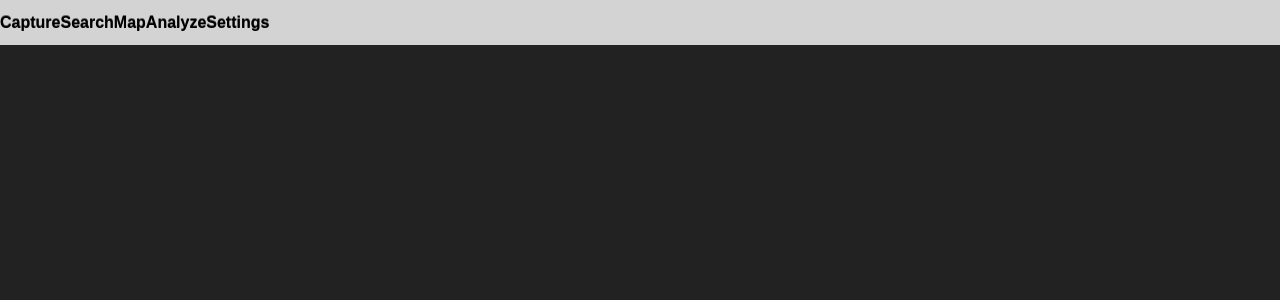
Repository: alightnin/WiFiGeolocator
Page: Final Project/WifiGeolocator/assets/www/index.html
These files come from the project's save history. The page is drawn as it stood at one moment and after the next save; the edit follows.
The browser window is 1280 px wide. The pictures show the whole page.

Above is the page before, as saved 2012-10-17 15:23:04.
Not found: Final Project/WifiGeolocator/assets/www/js/app.js

### Final Project/WifiGeolocator/assets/www/index.html
<!DOCTYPE HTML>
<html>
	<head>
		<meta name="viewport" content="width=device-width, initial-scale=1.0, user-scalable=0, minimum-scale=1.0, maximum-scale=1.0">
		<meta name="apple-mobile-web-app-capable" content="yes" />
		<link rel="stylesheet" href="css/geolocator.css">
		<script src="cordova-2.0.0.js"></script>
		<script src="js/iscroll-lite.js"></script>
		<script src="js/jquery-1.8.2.min.js"></script>
		<script src="js/app.js"></script>
		<script>
		$('#tab-bar a').on('click', function(e){
		    e.preventDefault();
		    var nextPage = $(e.target.hash);
		    $("#pages .current").removeClass("current");
		    nextPage.addClass("current");
		});
		</script>
		<title>WiFi GeoLocator</title>
	</head>
	<body>
		<header>
			<ul id="tab-bar">
    			<li><a href="#capture">Capture</a></li>
    			<li><a href="#search">Search</a></li>
    			<li><a href="#map">Map</a></li>
    			<li><a href="#analyze">Analyze</a></li>
    			<li><a href="#settings">Settings</a></li>
			</ul>
		</header>
		<div id="wrapper">
			<div id="main-content">
				<div id="pages">
    				<div id="capture" class="current">
    				</div>
    				<div id="search">
    				</div>
    				<div id="map">
    				</div>
    				<div id="analyze">
    				</div>
    				<div id="settings">
    				</div>
				</div>
			</div>
		</div>
	</body>
</html>

### Final Project/WifiGeolocator/assets/www/css/geolocator.css
html, body{
 margin: 0;
 padding: 0;
 border: 0;
}
body {
 font-family:Arial,  sans-serif;
 line-height:1.5;
 font-size:16px;
 background: #fff;
 padding:5px;
 color: #000000;
 word-wrap: break-word;
 -webkit-text-size-adjust: none;
}
h1, h2, h3, h4, h5, h6{ font-weight: normal; }
p img { float: left; margin: 0 10px 5px 0; padding: 0; }
img { border: 0; max-width: 100%; }
body{
    background: #222;
}
header{
    top:0; left:0;
    height:45px;
}
footer {
    bottom:0; left:0;
    height:48px;
    background-color:#c27b00;
    border-top:1px solid #eee;
}
header, footer{
    background-color:#d3d3d3;
    padding:0;
    position:absolute;
    z-index:2;
    font-size:16px;
    width:100%;
    text-align:center;
    color:#000000;
    font-weight:bold;
    text-shadow:0 -1px 0 rgba(0,0,0,0.5);
    line-height:45px;
}
h1{
    margin:0;
    text-transform: uppercase;
}
#wrapper {
    position:absolute;
    z-index:1;
    top:45px; bottom:48px; left:0;
    width:100%;
    overflow:auto;
}
#main-content {
    position:absolute;
    z-index:1;
    width:100%;
    padding:0;
}
#tab-bar{
    margin:0;
    padding:0;
}
#tab-bar li {
    display: inline;
    float:left;
    width: 100;
}
#tab-bar a {
    color: #000000;
    display: block;
    overflow: hidden;
    position: relative;
    text-align: center;
    text-decoration: none;
    -webkit-touch-callout:none;
}
#pages > div {
    display: none;
    position: absolute;
    top:0;left:0;
    width:100%;
}
#pages > div.current {
    display: block;
}
#pages{
    position:relative;
}
.in, .out {
    -webkit-animation-timing-function: ease-in-out;
    -webkit-animation-duration: 400ms;
}
@-webkit-keyframes fade-in {
    from { opacity: 0; } to { opacity: 1; }
}
.fade.in {
    -webkit-animation-name: fade-in;
    z-index: 5;
}
.fade.out {
    z-index: 0;
}

### Final Project/WifiGeolocator/assets/www/js/iscroll-lite.js
/*!
 * iScroll Lite base on iScroll v4.1.6 ~ Copyright (c) 2011 Matteo Spinelli, http://cubiq.org
 * Released under MIT license, http://cubiq.org/license
 */

(function(){
var m = Math,
	mround = function (r) { return r >> 0; },
	vendor = (/webkit/i).test(navigator.appVersion) ? 'webkit' :
		(/firefox/i).test(navigator.userAgent) ? 'Moz' :
		'opera' in window ? 'O' : '',

    // Browser capabilities
    isAndroid = (/android/gi).test(navigator.appVersion),
    isIDevice = (/iphone|ipad/gi).test(navigator.appVersion),
    isPlaybook = (/playbook/gi).test(navigator.appVersion),
    isTouchPad = (/hp-tablet/gi).test(navigator.appVersion),

    has3d = 'WebKitCSSMatrix' in window && 'm11' in new WebKitCSSMatrix(),
    hasTouch = 'ontouchstart' in window && !isTouchPad,
    hasTransform = vendor + 'Transform' in document.documentElement.style,
    hasTransitionEnd = isIDevice || isPlaybook,

	nextFrame = (function() {
	    return window.requestAnimationFrame
			|| window.webkitRequestAnimationFrame
			|| window.mozRequestAnimationFrame
			|| window.oRequestAnimationFrame
			|| window.msRequestAnimationFrame
			|| function(callback) { return setTimeout(callback, 17); }
	})(),
	cancelFrame = (function () {
	    return window.cancelRequestAnimationFrame
			|| window.webkitCancelAnimationFrame
			|| window.webkitCancelRequestAnimationFrame
			|| window.mozCancelRequestAnimationFrame
			|| window.oCancelRequestAnimationFrame
			|| window.msCancelRequestAnimationFrame
			|| clearTimeout
	})(),

	// Events
	RESIZE_EV = 'onorientationchange' in window ? 'orientationchange' : 'resize',
	START_EV = hasTouch ? 'touchstart' : 'mousedown',
	MOVE_EV = hasTouch ? 'touchmove' : 'mousemove',
	END_EV = hasTouch ? 'touchend' : 'mouseup',
	CANCEL_EV = hasTouch ? 'touchcancel' : 'mouseup',

	// Helpers
	trnOpen = 'translate' + (has3d ? '3d(' : '('),
	trnClose = has3d ? ',0)' : ')',

	// Constructor
	iScroll = function (el, options) {
		var that = this,
			doc = document,
			i;

		that.wrapper = typeof el == 'object' ? el : doc.getElementById(el);
		that.wrapper.style.overflow = 'hidden';
		that.scroller = that.wrapper.children[0];

		// Default options
		that.options = {
			hScroll: true,
			vScroll: true,
			x: 0,
			y: 0,
			bounce: true,
			bounceLock: false,
			momentum: true,
			lockDirection: true,
			useTransform: true,
			useTransition: false,

			// Events
			onRefresh: null,
			onBeforeScrollStart: function (e) { e.preventDefault(); },
			onScrollStart: null,
			onBeforeScrollMove: null,
			onScrollMove: null,
			onBeforeScrollEnd: null,
			onScrollEnd: null,
			onTouchEnd: null,
			onDestroy: null
		};

		// User defined options
		for (i in options) that.options[i] = options[i];

		// Set starting position
		that.x = that.options.x;
		that.y = that.options.y;

		// Normalize options
		that.options.useTransform = hasTransform ? that.options.useTransform : false;
		that.options.hScrollbar = that.options.hScroll && that.options.hScrollbar;
		that.options.vScrollbar = that.options.vScroll && that.options.vScrollbar;
		that.options.useTransition = hasTransitionEnd && that.options.useTransition;

		// Set some default styles
		that.scroller.style[vendor + 'TransitionProperty'] = that.options.useTransform ? '-' + vendor.toLowerCase() + '-transform' : 'top left';
		that.scroller.style[vendor + 'TransitionDuration'] = '0';
		that.scroller.style[vendor + 'TransformOrigin'] = '0 0';
		if (that.options.useTransition) that.scroller.style[vendor + 'TransitionTimingFunction'] = 'cubic-bezier(0.33,0.66,0.66,1)';

		if (that.options.useTransform) that.scroller.style[vendor + 'Transform'] = trnOpen + that.x + 'px,' + that.y + 'px' + trnClose;
		else that.scroller.style.cssText += ';position:absolute;top:' + that.y + 'px;left:' + that.x + 'px';

		that.refresh();

		that._bind(RESIZE_EV, window);
		that._bind(START_EV);
		if (!hasTouch) that._bind('mouseout', that.wrapper);
	};

// Prototype
iScroll.prototype = {
	enabled: true,
	x: 0,
	y: 0,
	steps: [],
	scale: 1,

	handleEvent: function (e) {
		var that = this;
		switch(e.type) {
			case START_EV:
				if (!hasTouch && e.button !== 0) return;
				that._start(e);
				break;
			case MOVE_EV: that._move(e); break;
			case END_EV:
			case CANCEL_EV: that._end(e); break;
			case RESIZE_EV: that._resize(); break;
			case 'mouseout': that._mouseout(e); break;
			case 'webkitTransitionEnd': that._transitionEnd(e); break;
		}
	},

	_resize: function () {
		this.refresh();
	},

	_pos: function (x, y) {
		x = this.hScroll ? x : 0;
		y = this.vScroll ? y : 0;

		if (this.options.useTransform) {
			this.scroller.style[vendor + 'Transform'] = trnOpen + x + 'px,' + y + 'px' + trnClose + ' scale(' + this.scale + ')';
		} else {
			x = mround(x);
			y = mround(y);
			this.scroller.style.left = x + 'px';
			this.scroller.style.top = y + 'px';
		}

		this.x = x;
		this.y = y;
	},

	_start: function (e) {
		var that = this,
			point = hasTouch ? e.touches[0] : e,
			matrix, x, y;

		if (!that.enabled) return;

		if (that.options.onBeforeScrollStart) that.options.onBeforeScrollStart.call(that, e);

		if (that.options.useTransition) that._transitionTime(0);

		that.moved = false;
		that.animating = false;
		that.zoomed = false;
		that.distX = 0;
		that.distY = 0;
		that.absDistX = 0;
		that.absDistY = 0;
		that.dirX = 0;
		that.dirY = 0;

		if (that.options.momentum) {
			if (that.options.useTransform) {
				// Very lame general purpose alternative to CSSMatrix
				matrix = getComputedStyle(that.scroller, null)[vendor + 'Transform'].replace(/[^0-9-.,]/g, '').split(',');
				x = matrix[4] * 1;
				y = matrix[5] * 1;
			} else {
				x = getComputedStyle(that.scroller, null).left.replace(/[^0-9-]/g, '') * 1;
				y = getComputedStyle(that.scroller, null).top.replace(/[^0-9-]/g, '') * 1;
			}

			if (x != that.x || y != that.y) {
				if (that.options.useTransition) that._unbind('webkitTransitionEnd');
				else cancelFrame(that.aniTime);
				that.steps = [];
				that._pos(x, y);
			}
		}

		that.startX = that.x;
		that.startY = that.y;
		that.pointX = point.pageX;
		that.pointY = point.pageY;

		that.startTime = e.timeStamp || Date.now();

		if (that.options.onScrollStart) that.options.onScrollStart.call(that, e);

		that._bind(MOVE_EV);
		that._bind(END_EV);
		that._bind(CANCEL_EV);
	},

	_move: function (e) {
		var that = this,
			point = hasTouch ? e.touches[0] : e,
			deltaX = point.pageX - that.pointX,
			deltaY = point.pageY - that.pointY,
			newX = that.x + deltaX,
			newY = that.y + deltaY,
			timestamp = e.timeStamp || Date.now();

		if (that.options.onBeforeScrollMove) that.options.onBeforeScrollMove.call(that, e);

		that.pointX = point.pageX;
		that.pointY = point.pageY;

		// Slow down if outside of the boundaries
		if (newX > 0 || newX < that.maxScrollX) {
			newX = that.options.bounce ? that.x + (deltaX / 2) : newX >= 0 || that.maxScrollX >= 0 ? 0 : that.maxScrollX;
		}
		if (newY > 0 || newY < that.maxScrollY) {
			newY = that.options.bounce ? that.y + (deltaY / 2) : newY >= 0 || that.maxScrollY >= 0 ? 0 : that.maxScrollY;
		}

		that.distX += deltaX;
		that.distY += deltaY;
		that.absDistX = m.abs(that.distX);
		that.absDistY = m.abs(that.distY);

		if (that.absDistX < 6 && that.absDistY < 6) {
			return;
		}

		// Lock direction
		if (that.options.lockDirection) {
			if (that.absDistX > that.absDistY + 5) {
				newY = that.y;
				deltaY = 0;
			} else if (that.absDistY > that.absDistX + 5) {
				newX = that.x;
				deltaX = 0;
			}
		}

		that.moved = true;
		that._pos(newX, newY);
		that.dirX = deltaX > 0 ? -1 : deltaX < 0 ? 1 : 0;
		that.dirY = deltaY > 0 ? -1 : deltaY < 0 ? 1 : 0;

		if (timestamp - that.startTime > 300) {
			that.startTime = timestamp;
			that.startX = that.x;
			that.startY = that.y;
		}

		if (that.options.onScrollMove) that.options.onScrollMove.call(that, e);
	},

	_end: function (e) {
		if (hasTouch && e.touches.length != 0) return;

		var that = this,
			point = hasTouch ? e.changedTouches[0] : e,
			target, ev,
			momentumX = { dist:0, time:0 },
			momentumY = { dist:0, time:0 },
			duration = (e.timeStamp || Date.now()) - that.startTime,
			newPosX = that.x,
			newPosY = that.y,
			newDuration;

		that._unbind(MOVE_EV);
		that._unbind(END_EV);
		that._unbind(CANCEL_EV);

		if (that.options.onBeforeScrollEnd) that.options.onBeforeScrollEnd.call(that, e);

		if (!that.moved) {
			if (hasTouch) {
				// Find the last touched element
				target = point.target;
				while (target.nodeType != 1) target = target.parentNode;

				if (target.tagName != 'SELECT' && target.tagName != 'INPUT' && target.tagName != 'TEXTAREA') {
					ev = document.createEvent('MouseEvents');
					ev.initMouseEvent('click', true, true, e.view, 1,
						point.screenX, point.screenY, point.clientX, point.clientY,
						e.ctrlKey, e.altKey, e.shiftKey, e.metaKey,
						0, null);
					ev._fake = true;
					target.dispatchEvent(ev);
				}
			}

			that._resetPos(200);

			if (that.options.onTouchEnd) that.options.onTouchEnd.call(that, e);
			return;
		}

		if (duration < 300 && that.options.momentum) {
			momentumX = newPosX ? that._momentum(newPosX - that.startX, duration, -that.x, that.scrollerW - that.wrapperW + that.x, that.options.bounce ? that.wrapperW : 0) : momentumX;
			momentumY = newPosY ? that._momentum(newPosY - that.startY, duration, -that.y, (that.maxScrollY < 0 ? that.scrollerH - that.wrapperH + that.y : 0), that.options.bounce ? that.wrapperH : 0) : momentumY;

			newPosX = that.x + momentumX.dist;
			newPosY = that.y + momentumY.dist;

 			if ((that.x > 0 && newPosX > 0) || (that.x < that.maxScrollX && newPosX < that.maxScrollX)) momentumX = { dist:0, time:0 };
 			if ((that.y > 0 && newPosY > 0) || (that.y < that.maxScrollY && newPosY < that.maxScrollY)) momentumY = { dist:0, time:0 };
		}

		if (momentumX.dist || momentumY.dist) {
			newDuration = m.max(m.max(momentumX.time, momentumY.time), 10);

			that.scrollTo(mround(newPosX), mround(newPosY), newDuration);

			if (that.options.onTouchEnd) that.options.onTouchEnd.call(that, e);
			return;
		}

		that._resetPos(200);
		if (that.options.onTouchEnd) that.options.onTouchEnd.call(that, e);
	},

	_resetPos: function (time) {
		var that = this,
			resetX = that.x >= 0 ? 0 : that.x < that.maxScrollX ? that.maxScrollX : that.x,
			resetY = that.y >= 0 || that.maxScrollY > 0 ? 0 : that.y < that.maxScrollY ? that.maxScrollY : that.y;

		if (resetX == that.x && resetY == that.y) {
			if (that.moved) {
				if (that.options.onScrollEnd) that.options.onScrollEnd.call(that);		// Execute custom code on scroll end
				that.moved = false;
			}

			return;
		}

		that.scrollTo(resetX, resetY, time || 0);
	},

	_mouseout: function (e) {
		var t = e.relatedTarget;

		if (!t) {
			this._end(e);
			return;
		}

		while (t = t.parentNode) if (t == this.wrapper) return;

		this._end(e);
	},

	_transitionEnd: function (e) {
		var that = this;

		if (e.target != that.scroller) return;

		that._unbind('webkitTransitionEnd');

		that._startAni();
	},

	/**
	 *
	 * Utilities
	 *
	 */
	_startAni: function () {
		var that = this,
			startX = that.x, startY = that.y,
			startTime = Date.now(),
			step, easeOut,
			animate;

		if (that.animating) return;

		if (!that.steps.length) {
			that._resetPos(400);
			return;
		}

		step = that.steps.shift();

		if (step.x == startX && step.y == startY) step.time = 0;

		that.animating = true;
		that.moved = true;

		if (that.options.useTransition) {
			that._transitionTime(step.time);
			that._pos(step.x, step.y);
			that.animating = false;
			if (step.time) that._bind('webkitTransitionEnd');
			else that._resetPos(0);
			return;
		}

		animate = function () {
			var now = Date.now(),
				newX, newY;

			if (now >= startTime + step.time) {
				that._pos(step.x, step.y);
				that.animating = false;
				if (that.options.onAnimationEnd) that.options.onAnimationEnd.call(that);			// Execute custom code on animation end
				that._startAni();
				return;
			}

			now = (now - startTime) / step.time - 1;
			easeOut = m.sqrt(1 - now * now);
			newX = (step.x - startX) * easeOut + startX;
			newY = (step.y - startY) * easeOut + startY;
			that._pos(newX, newY);
			if (that.animating) that.aniTime = nextFrame(animate);
		};

		animate();
	},

	_transitionTime: function (time) {
		this.scroller.style[vendor + 'TransitionDuration'] = time + 'ms';
	},

	_momentum: function (dist, time, maxDistUpper, maxDistLower, size) {
		var deceleration = 0.0006,
			speed = m.abs(dist) / time,
			newDist = (speed * speed) / (2 * deceleration),
			newTime = 0, outsideDist = 0;

		// Proportinally reduce speed if we are outside of the boundaries
		if (dist > 0 && newDist > maxDistUpper) {
			outsideDist = size / (6 / (newDist / speed * deceleration));
			maxDistUpper = maxDistUpper + outsideDist;
			speed = speed * maxDistUpper / newDist;
			newDist = maxDistUpper;
		} else if (dist < 0 && newDist > maxDistLower) {
			outsideDist = size / (6 / (newDist / speed * deceleration));
			maxDistLower = maxDistLower + outsideDist;
			speed = speed * maxDistLower / newDist;
			newDist = maxDistLower;
		}

		newDist = newDist * (dist < 0 ? -1 : 1);
		newTime = speed / deceleration;

		return { dist: newDist, time: mround(newTime) };
	},

	_offset: function (el) {
		var left = -el.offsetLeft,
			top = -el.offsetTop;

		while (el = el.offsetParent) {
			left -= el.offsetLeft;
			top -= el.offsetTop;
		}

		return { left: left, top: top };
	},

	_bind: function (type, el, bubble) {
		(el || this.scroller).addEventListener(type, this, !!bubble);
	},

	_unbind: function (type, el, bubble) {
		(el || this.scroller).removeEventListener(type, this, !!bubble);
	},


	/**
	 *
	 * Public methods
	 *
	 */
	destroy: function () {
		var that = this;

		that.scroller.style[vendor + 'Transform'] = '';

		// Remove the event listeners
		that._unbind(RESIZE_EV, window);
		that._unbind(START_EV);
		that._unbind(MOVE_EV);
		that._unbind(END_EV);
		that._unbind(CANCEL_EV);
		that._unbind('mouseout', that.wrapper);
		if (that.options.useTransition) that._unbind('webkitTransitionEnd');

		if (that.options.onDestroy) that.options.onDestroy.call(that);
	},

	refresh: function () {
		var that = this,
			offset;

		that.wrapperW = that.wrapper.clientWidth;
		that.wrapperH = that.wrapper.clientHeight;

		that.scrollerW = that.scroller.offsetWidth;
		that.scrollerH = that.scroller.offsetHeight;
		that.maxScrollX = that.wrapperW - that.scrollerW;
		that.maxScrollY = that.wrapperH - that.scrollerH;
		that.dirX = 0;
		that.dirY = 0;

		that.hScroll = that.options.hScroll && that.maxScrollX < 0;
		that.vScroll = that.options.vScroll && (!that.options.bounceLock && !that.hScroll || that.scrollerH > that.wrapperH);

		offset = that._offset(that.wrapper);
		that.wrapperOffsetLeft = -offset.left;
		that.wrapperOffsetTop = -offset.top;


		that.scroller.style[vendor + 'TransitionDuration'] = '0';

		that._resetPos(200);
	},

	scrollTo: function (x, y, time, relative) {
		var that = this,
			step = x,
			i, l;

		that.stop();

		if (!step.length) step = [{ x: x, y: y, time: time, relative: relative }];

		for (i=0, l=step.length; i<l; i++) {
			if (step[i].relative) { step[i].x = that.x - step[i].x; step[i].y = that.y - step[i].y; }
			that.steps.push({ x: step[i].x, y: step[i].y, time: step[i].time || 0 });
		}

		that._startAni();
	},

	scrollToElement: function (el, time) {
		var that = this, pos;
		el = el.nodeType ? el : that.scroller.querySelector(el);
		if (!el) return;

		pos = that._offset(el);
		pos.left += that.wrapperOffsetLeft;
		pos.top += that.wrapperOffsetTop;

		pos.left = pos.left > 0 ? 0 : pos.left < that.maxScrollX ? that.maxScrollX : pos.left;
		pos.top = pos.top > 0 ? 0 : pos.top < that.maxScrollY ? that.maxScrollY : pos.top;
		time = time === undefined ? m.max(m.abs(pos.left)*2, m.abs(pos.top)*2) : time;

		that.scrollTo(pos.left, pos.top, time);
	},

	disable: function () {
		this.stop();
		this._resetPos(0);
		this.enabled = false;

		// If disabled after touchstart we make sure that there are no left over events
		this._unbind(MOVE_EV);
		this._unbind(END_EV);
		this._unbind(CANCEL_EV);
	},

	enable: function () {
		this.enabled = true;
	},

	stop: function () {
		cancelFrame(this.aniTime);
		this.steps = [];
		this.moved = false;
		this.animating = false;
	}
};

if (typeof exports !== 'undefined') exports.iScroll = iScroll;
else window.iScroll = iScroll;

})();

Loaded but not shown: Final Project/WifiGeolocator/assets/www/js/cordova-2.0.0.js (library); Final Project/WifiGeolocator/assets/www/js/jquery-1.8.2.min.js (library)

After the next save:
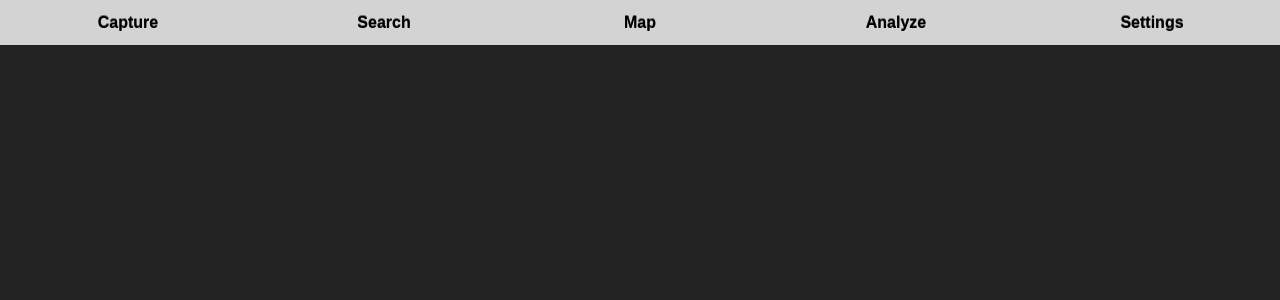
Saved 27 s later.
--- a/Final Project/WifiGeolocator/assets/www/css/geolocator.css
+++ b/Final Project/WifiGeolocator/assets/www/css/geolocator.css
@@ -66,7 +66,7 @@ h1{
 #tab-bar li {
     display: inline;
     float:left;
-    width: 100;
+    width: 20%;
 }
 #tab-bar a {
     color: #000000;
